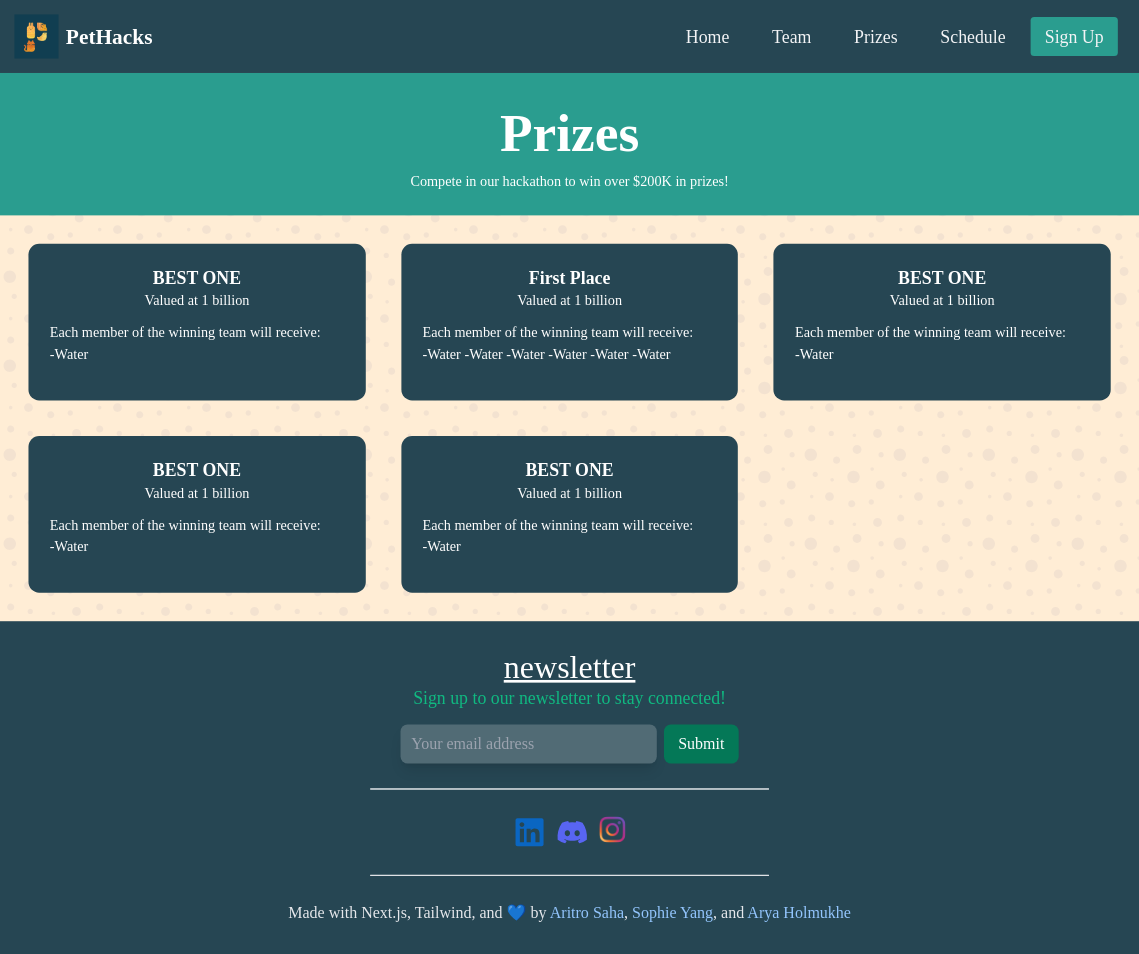
Repository: AritroSaha10/pethacks-website
Page: /prizes
The author's editor kept a copy of each file at every save. The page is drawn from the files as they stood at one save, then again after the next save.
The browser window is 1280 px wide. The pictures show the whole page, at 89% of full size.
Some web fonts or font styles are not loaded; a fallback is used. The project was rebuilt for these pictures with package versions that can differ from the ones it lists, and the page was loaded fresh each time. The framework's server and built-in components were replaced by stand-ins that run in the browser. Also part of the build but not shown: next.config.js.

Above is the page before, as saved 2022-09-10 09:57:10.

### pages/prizes.tsx
import Layout from '../components/Layout'
import Navbar from "@components/Navbar"
import Card from '@components/Prizes/Card'
import SectionHead from "@components/SectionHead"

export default function Prizes(){
    return (
    <Layout name="Prizes" noNavbar>
      <Navbar />
      <SectionHead title="Prizes" subtitle="Compete in our hackathon to win over $200K in prizes!"/>
      <div className="grid grid-cols-1 md:grid-cols-2 lg:grid-cols-3 p-3">
      <Card title="BEST ONE" valuation="1 billion" info="-Water"/>
      <Card title="First Place" valuation="1 billion" info="-Water -Water -Water -Water -Water -Water "/>
      <Card title="BEST ONE" valuation="1 billion" info="-Water"/>
      <Card title="BEST ONE" valuation="1 billion" info="-Water"/>
      <Card title="BEST ONE" valuation="1 billion" info="-Water"/>
      </div>

    </Layout>
    )
}

### styles/globals.css
@import url('https://fonts.googleapis.com/css2?family=Gaegu&family=Space+Mono&display=swap');

@tailwind base;
@tailwind components;
@tailwind utilities;

@layer base {
    html {
        font-family: Gaegu;
    }
}

.svg-background {
    background-image: url("data:[embedded picture, 1230 characters]");
}

.wiggles-background {
    background-image: url("data:[embedded picture, 494 characters]");
}

### components/Layout.tsx
import Head from "next/head"

import Navbar from "./Navbar"
import Footer from "./Footer"

import { m } from "framer-motion"

const transition = { ease: [0.6, 0.01, -0.05, 0.9] };

const contentVariants = {
    initial: { y: 200, opacity: 0 },
    animate: { y: 0, opacity: 1 },
    exit: { y: -200, opacity: 0 },
    transition: { duration: 0.4, ...transition }
}

export default function Layout({ name, children, noAnim, noNavbar }: { name: string, children: any, noAnim?: boolean, noNavbar?: boolean }) {
    const title = `${name} | PetHacks`;
    const description = "WEBSITE DESCRIPTION";
    const imageSrc = "CHANGE ME"

    return (
        <div className="flex flex-col min-h-screen bg-orange-100 overflow-hidden" key={name}>
            <Head>
                <title>{title}</title>
                <meta name="description" content={description} />

                <meta property="og:title" content={title} />
                <meta property="og:description" content={description} />
                <meta property="og:type" content="website" />
                <meta property="og:image" content={imageSrc} />
                <meta property="og:image:type" content="image/png" />
                <meta property="og:image:width" content="1111" />
                <meta property="og:image:height" content="1111" />

                <meta name="twitter:card" content="summary_large_image" />
                <meta name="twitter:creator" content="@YOUR_TWITTER" />
                <meta property="twitter:title" content={title} />
                <meta property="twitter:description" content={description} />
                <meta property="twitter:image:src" content={imageSrc} />
            </Head>

            {noNavbar ? <></> : <Navbar />}

            {noAnim ? (
                <div
                    className="flex-grow flex flex-col"
                >
                    {children}
                </div>
            ) : (
                <m.div
                    initial={contentVariants.initial}
                    animate={contentVariants.animate}
                    exit={contentVariants.exit}
                    transition={contentVariants.transition}
                    className="flex-grow flex flex-col svg-background"
                >
                    {children}
                </m.div>
            )}

            <Footer />
        </div>
    )
}

### components/Navbar.tsx
import Link from "next/link";
import Image from "next/image";
import { useState } from "react";

import Logo from "@media/logo.png";

import { GoThreeBars } from "react-icons/go"

const links = [
    {
        name: "Home",
        link: "/",
        id: "home",
        priority: false
    },
    {
        name: "Team",
        link: "/team",
        id: "team",
        priority: false
    },
    {
        name: "Prizes",
        link: "/prizes",
        id: "prizes",
        priority: false
    },
    {
        name: "Schedule",
        link: "/schedule",
        id: "schedule",
        priority: false
    },
    {
        name: "Sign Up",
        link: "/sign-up",
        id: "sign-up",
        priority: true
    },
];

export default function Header() {
    const [showDropdown, setShowDropdown] = useState(false);

    return (
        <header className="bg-pet-teal py-2 lg:py-4 sticky">
            <div className="container px-4 mx-auto lg:flex lg:items-center">
                <div className="flex justify-between items-center">
                    <Link href="/">
                        <a className="flex justify-between items-center font-bold text-2xl text-white gap-2">
                            <Image src={Logo} alt="logo" width={50} height={50} />
                            <span>PetHacks</span>
                        </a>
                    </Link>

                    <button
                        className="border border-solid border-gray-600 px-3 py-1 rounded text-white opacity-50 hover:opacity-75 lg:hidden"
                        aria-label="Menu"
                        data-test-id="navbar-menu"
                        onClick={
                            () => {
                                setShowDropdown(!showDropdown);
                            }}
                        >
                        <GoThreeBars />
                    </button>
                </div>

                <div className={`${showDropdown ? "flex" : "hidden"} lg:flex flex-col lg:flex-row lg:ml-auto mt-3 lg:mt-0 text-xl`} data-test-id="navbar">
                    {
                        links.map(({ name, link, priority, id }) =>
                            <Link key={name} href={link}>
                                <a
                                    className={`${priority ? "text-gray-100 bg-pet-turquoise hover:bg-pet-turquoise/50 hover:text-white text-center mt-1 lg:mt-0 lg:ml-1" : "text-gray-100 hover:bg-gray-400/20 hover:text-gray-100 "} p-2 lg:px-4 lg:mx-2 rounded duration-300 transition-colors `}
                                    data-test-id={`navbar-${id}`}
                                >
                                    {name}
                                </a>
                            </Link>
                        )
                    }
                </div>
            </div>
        </header>
    )
}

### components/Prizes/Card.tsx
import React from 'react';


export default function Card ({title, valuation, info}: {title: string, valuation: string, info: string}) {

    return (
        <div className="col-span-1 min-h-min p-6 m-5 pb-10 bg-pet-teal rounded-xl  text-white" >
            <div className="text-center">
                <h1 className="text-xl font-bold">{title}</h1>
                <p className="pb-3">Valued at {valuation}</p>
            </div>
            <div className="">
                Each member of the winning team will receive:
                <p>
                {info}
                </p>
            </div>
        </div>
    )
}

### components/SectionHead.tsx
import React from 'react';

export default function SectionHead({ title, subtitle }: { title: string, subtitle: string }) {
  return (
    <div className="h-40 bg-pet-turquoise text-center text-white grid place-content-center">
      <h1 className="font-bold text-6xl p-3">{title}</h1>
      <p>{subtitle}</p>
    </div>
  )
}

### components/Footer.tsx
import React, { useState } from 'react'
import Link from 'next/link'
import Image from 'next/image'

import axios from 'axios'

import EmailRegex from '@util/EmailRegex'

import logo from '@media/logo.png'
import InstagramLogo from "@media/ig.png"
import { FaLinkedin, FaDiscord } from 'react-icons/fa'

const buttonColoring =
    'bg-emerald-700 text-white hover:bg-white hover:text-emerald-700 active:bg-emerald-500 active:text-white transition-all duration-300'

enum EmailState {
    Neutral,
    Invalid,
    Success,
    Sending
}

export default function Footer() {
    const [emailState, setEmailState] = useState(EmailState.Neutral)

    const handleSubmit = async (e: React.FormEvent<HTMLFormElement>) => {
        e.preventDefault()

        // Extract email from form data
        const formData = Object.fromEntries(new FormData(e.currentTarget))
        const email = formData.email.toString()

        // Match using regex
        if (email === '' || !email.match(EmailRegex)) {
            setEmailState(EmailState.Invalid);
            return;
        }

        // Submit to Airtable
        setEmailState(EmailState.Sending);

        try {
            const startingTime = new Date().getTime();

            // TODO: IMPLEMENT THIS API FUNCTION
            await axios.post("/api/addToNewsletter", {
                email: email
            });

            // Slow down animation to take at least 300ms on user end so it's smoother
            await new Promise(resolve => {
                setTimeout(resolve.bind(null, null), 300 - (new Date().getTime() - startingTime));
            });
        } catch (e) {
            // We don't need the user to know of the error, but log it for later uses
            console.error("Error when sending email", e);
        }

        // Let user know it was sent successfully
        setEmailState(EmailState.Success);
    }

    return (
        <footer className="flex flex-col justify-between gap-4 px-12 lg:px-20 py-8 bg-pet-teal items-center z-[99999999] text-center sm:text-left">

            <div className="flex flex-col items-center lg:w-1/3" id="newsletter">
                <h2 className="text-4xl text-white underline">newsletter</h2>
                <p className="text-xl text-emerald-500">
                    Sign up to our newsletter to stay connected!
                </p>

                <div>
                    <form className="flex flex-col sm:flex-row items-center gap-2 mt-4 text-center lg:text-left" onSubmit={handleSubmit} noValidate>
                        <input
                            className={`text-lg rounded-lg py-2 px-3 w-60 sm:w-72 align-middle text-white outline-none focus:ring-2 focus:ring-emerald-700 duration-200 bg-white/20 shadow-lg focus:shadow-none ${emailState == EmailState.Invalid && "ring-1 ring-red-600"}`}
                            placeholder="Your email address"
                            name="email"
                            type="email"
                            onChange={() => setEmailState(EmailState.Neutral)}
                            required
                        />
                        <input
                            type="submit"
                            className={`rounded-lg py-2 px-4 w-60 sm:w-auto text-lg ${buttonColoring} hover:cursor-pointer`}
                        />
                    </form>

                    {emailState == EmailState.Invalid && (
                        <p className="text-sm text-red-500">
                            Please provide a valid email address.
                        </p>
                    )}

                    {emailState == EmailState.Success && (
                        <p className="text-sm text-emerald-400">Thanks for submitting!</p>
                    )}
                </div>
            </div>

            <hr className="h-px bg-white w-full lg:w-[40%] my-3" />

            <div className="flex items-center justify-center gap-3 text-4xl">
                <a
                    href=""
                    className="text-[#0A66C2] hover:text-[#0A66C2]/75 active:text-[#0A66C2]/50 duration-200"
                    target="_blank"
                    rel="noreferrer"
                    title="LinkedIn"
                >
                    <FaLinkedin />
                </a>

                <a
                    href=""
                    className="text-[#5865F2] hover:text-[#5865F2]/75 active:text-[#5865F2]/50 duration-200"
                    target="_blank"
                    rel="noreferrer"
                    title="Discord"
                >
                    <FaDiscord />
                </a>

                <a
                    href=""
                    className="text-[#F77737] hover:text-[#F77737]/75 active:text-[#F77737]/50 duration-200"
                    target="_blank"
                    rel="noreferrer"
                    title="Instagram"
                >
                    <Image src={InstagramLogo} width={30} height={30} alt="instagram" />
                </a>
            </div>

            <hr className="h-px bg-white w-full lg:w-[40%] my-3" />

            <p className='text-lg text-gray-200'>
                Made with Next.js, Tailwind, and 💙 by
                {" "}
                <a href="https://aritrosaha.vercel.app" target="_blank" rel="noreferrer" className='text-blue-300 hover:text-blue-500 duration-150'>
                    Aritro Saha
                </a>
                ,{" "}
                <a href="https://www.linkedin.com/in/sophie-yang-66b855216" target="_blank" rel="noreferrer" className='text-blue-300 hover:text-blue-500 duration-150'>
                    Sophie Yang
                </a>
                , and {" "}
                <a href="" target="_blank" rel="noreferrer" className='text-blue-300 hover:text-blue-500 duration-150'>
                    Arya Holmukhe
                </a>
            </p>
        </footer>
    )
}

### util/EmailRegex.ts
const EmailRegex = /(?:[a-z0-9!#$%&'*+/=?^_`{|}~-]+(?:\.[a-z0-9!#$%&'*+/=?^_`{|}~-]+)*|"(?:[\x01-\x08\x0b\x0c\x0e-\x1f\x21\x23-\x5b\x5d-\x7f]|\\[\x01-\x09\x0b\x0c\x0e-\x7f])*")@(?:(?:[a-z0-9](?:[a-z0-9-]*[a-z0-9])?\.)+[a-z0-9](?:[a-z0-9-]*[a-z0-9])?|\[(?:(?:25[0-5]|2[0-4][0-9]|[01]?[0-9][0-9]?)\.){3}(?:25[0-5]|2[0-4][0-9]|[01]?[0-9][0-9]?|[a-z0-9-]*[a-z0-9]:(?:[\x01-\x08\x0b\x0c\x0e-\x1f\x21-\x5a\x53-\x7f]|\\[\x01-\x09\x0b\x0c\x0e-\x7f])+)\])/;
export default EmailRegex;

### tailwind.config.js
/** @type {import('tailwindcss').Config} */
module.exports = {
  content: [
    "./pages/**/*.{js,ts,jsx,tsx}",
    "./components/**/*.{js,ts,jsx,tsx}",
  ],
  theme: {
    extend: {
      fontFamily: {
        desc:['Gaegu', 'cursive;']
      },
      colors: {
        "pet-teal": "#264653",
        "pet-turquoise": "#2A9D8F",
        "pet-yellow": "#E9C46A",
        "pet-lightorange": "#F4A261",
        "pet-red": "#E76F51"
      }
    },
  },
  plugins: [],
}

Loaded but not shown: pages/_app.tsx (common file)

After the next save:
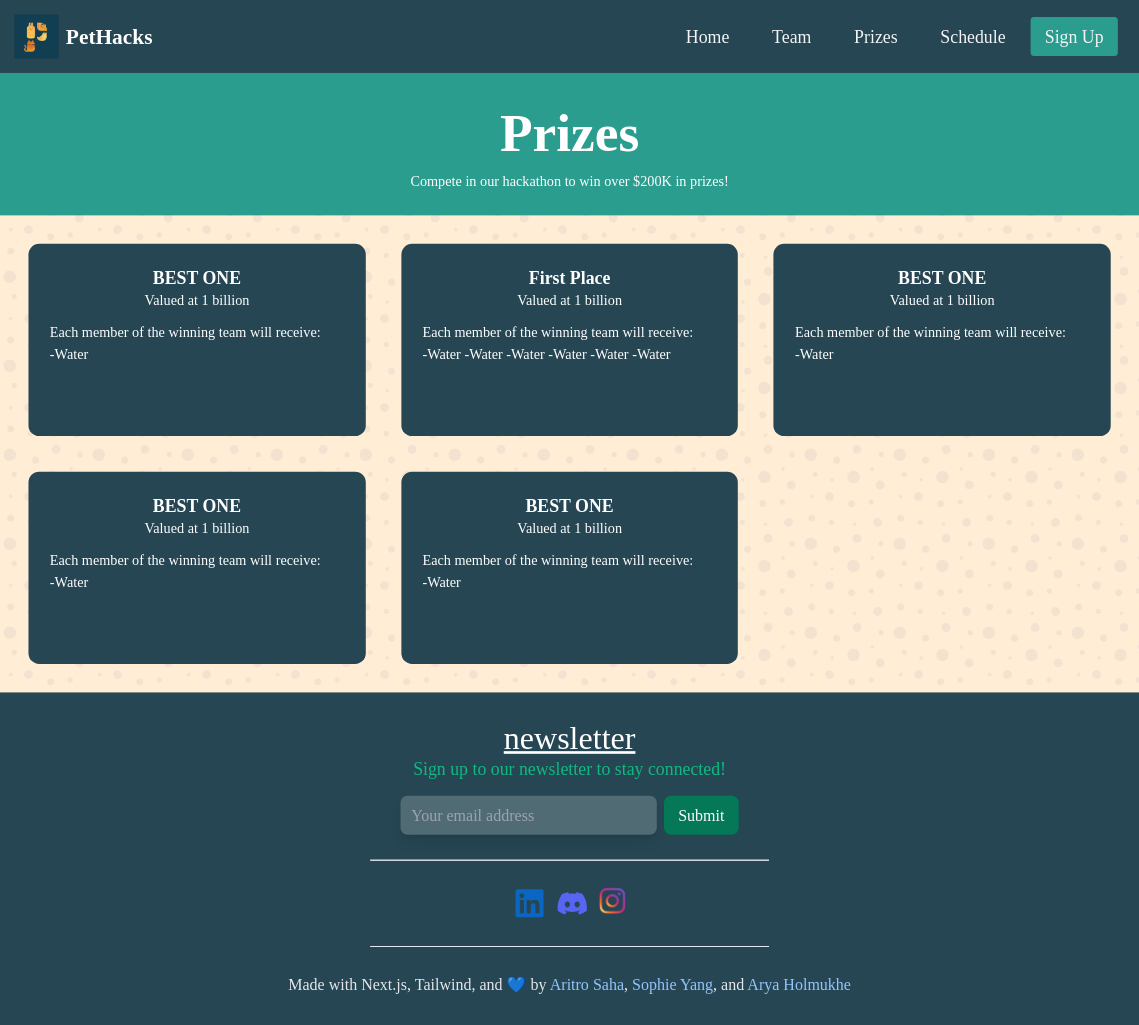
Saved 15 s later.
--- a/components/Prizes/Card.tsx
+++ b/components/Prizes/Card.tsx
@@ -4,7 +4,7 @@ import React from 'react';
 export default function Card ({title, valuation, info}: {title: string, valuation: string, info: string}) {
 
     return (
-        <div className="col-span-1 min-h-min p-6 m-5 pb-10 bg-pet-teal rounded-xl  text-white" >
+        <div className="col-span-1 min-h-min p-6 m-5 pb-20 bg-pet-teal rounded-xl  text-white" >
             <div className="text-center">
                 <h1 className="text-xl font-bold">{title}</h1>
                 <p className="pb-3">Valued at {valuation}</p>
